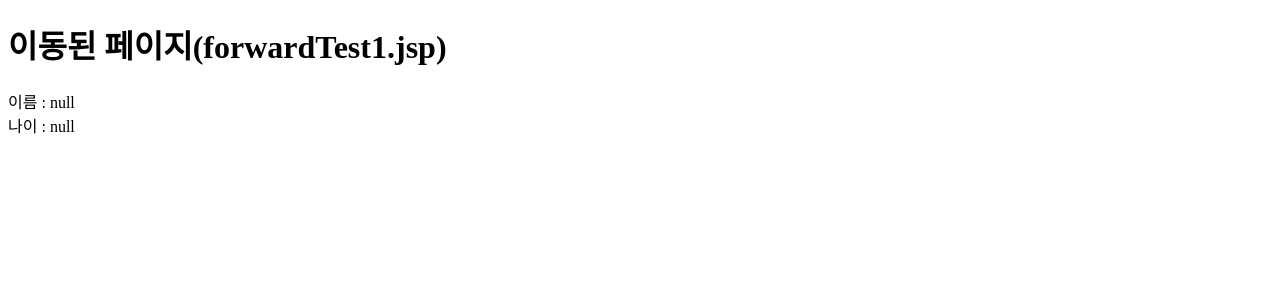
Repository: gh-56/jsp_workspace_al
Page: http://localhost/11_action_tag/forwardTest1.jsp
An editor plug-in stored every save of this project. The page is shown before and after the next save, followed by the edit.
The browser window is 1280 px wide. The pictures show the whole page.
The page is served by Tomcat 9.

Above is the page before, as saved 2023-10-18 01:32:16.

After the next save:
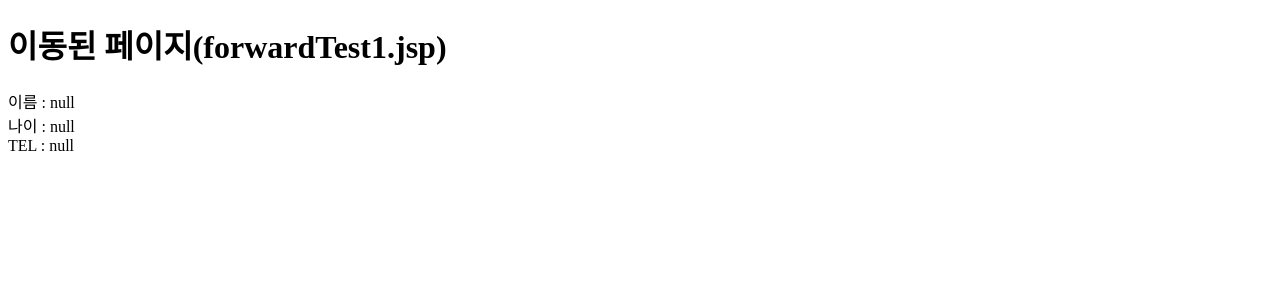
Saved 46 s later.
--- a/11_action_tag/src/main/webapp/forwardTest1.jsp
+++ b/11_action_tag/src/main/webapp/forwardTest1.jsp
@@ -10,5 +10,6 @@
 	<h1>이동된 페이지(forwardTest1.jsp)</h1>
 	이름 : <%=request.getParameter("name") %> <br/>
 	나이 : <%=request.getParameter("age") %> <br/>
+	TEL : <%=request.getParameter("tel") %> <br/>
 </body>
 </html>
